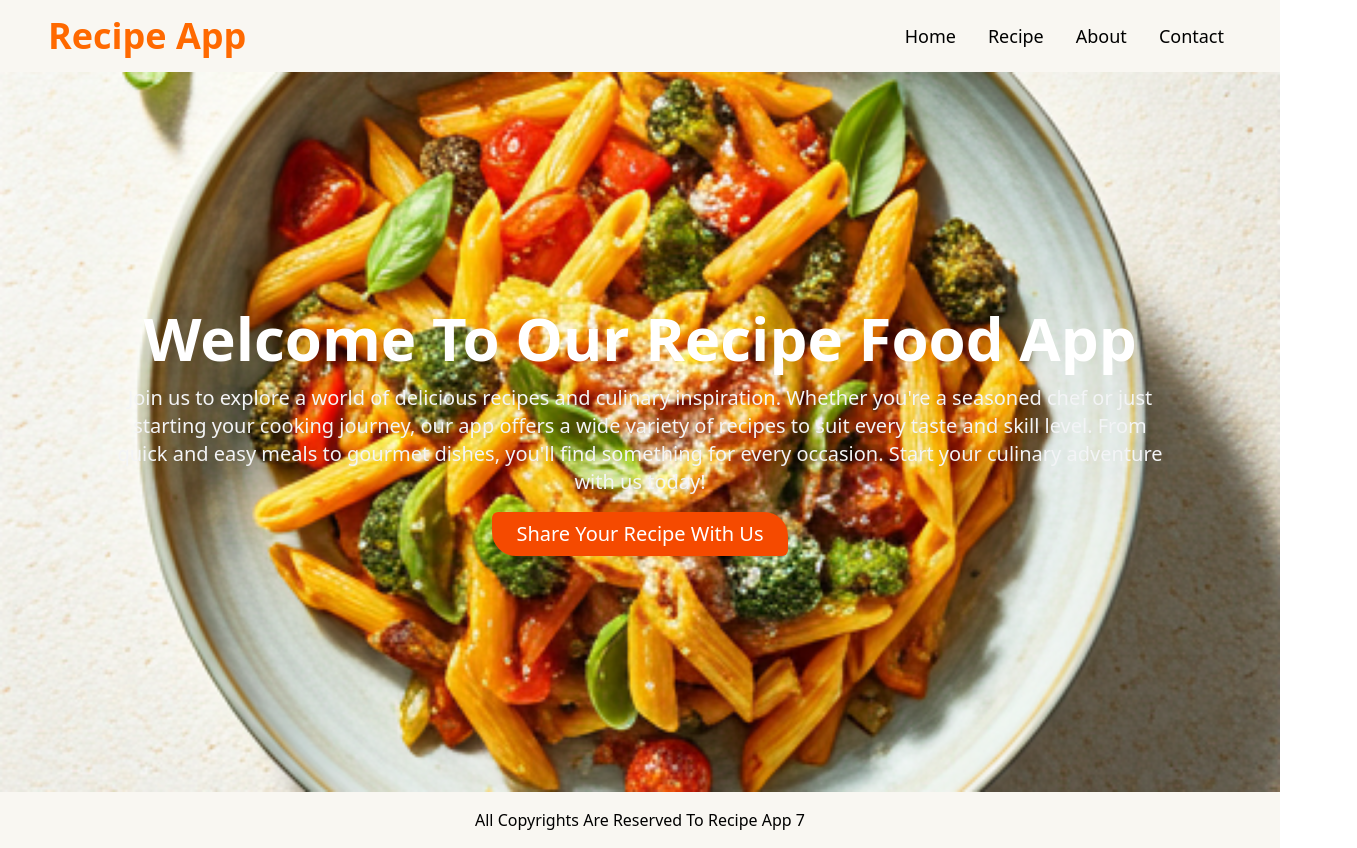
Repository: Eslam0Mohamed/mern-recipe-app
Page: / (app in FrontEnd/)
These files come from the project's save history. The page is drawn as it stood at one moment and after a run of saves; the edit follows.
The browser window is 1280 px wide. The page is 1280 px wide, then 1357 px, then 1280 px, so the pictures cover 1357 px, including what lies to the right of the window. The pictures show the whole page.
The project was rebuilt for these pictures with package versions that can differ from the ones it lists, and the page was loaded fresh each time. Also part of the build but not shown: FrontEnd/vite.config.js.

Above is the page before, as saved 2026-05-07 18:55:19.

After the next 2 saves:
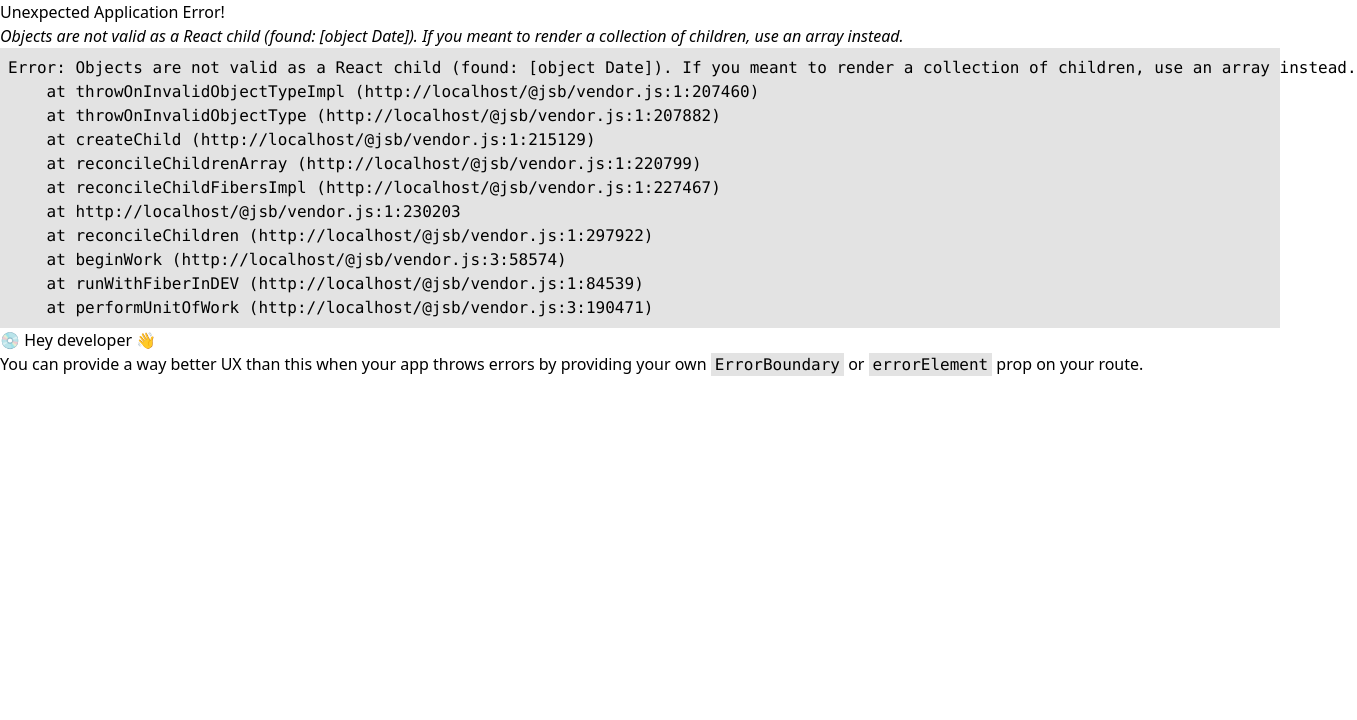
The 2 saves are shown as one change because they came seconds apart.
The last was saved 15 s later.
--- a/FrontEnd/src/components/Footer.jsx
+++ b/FrontEnd/src/components/Footer.jsx
@@ -3,7 +3,7 @@
 const Footer = () => {
   return (
     <footer className='bg-[#F9F7F2] px-12 py-4 flex justify-center items-center'>
-      <div className=''>All Copyrights Are Reserved To Recipe App {new Date().getDate()}</div>
+      <div className=''>All Copyrights Are Reserved To Recipe App {new Date()}</div>
     </footer>
   )
 }

After the 4 saves that followed:
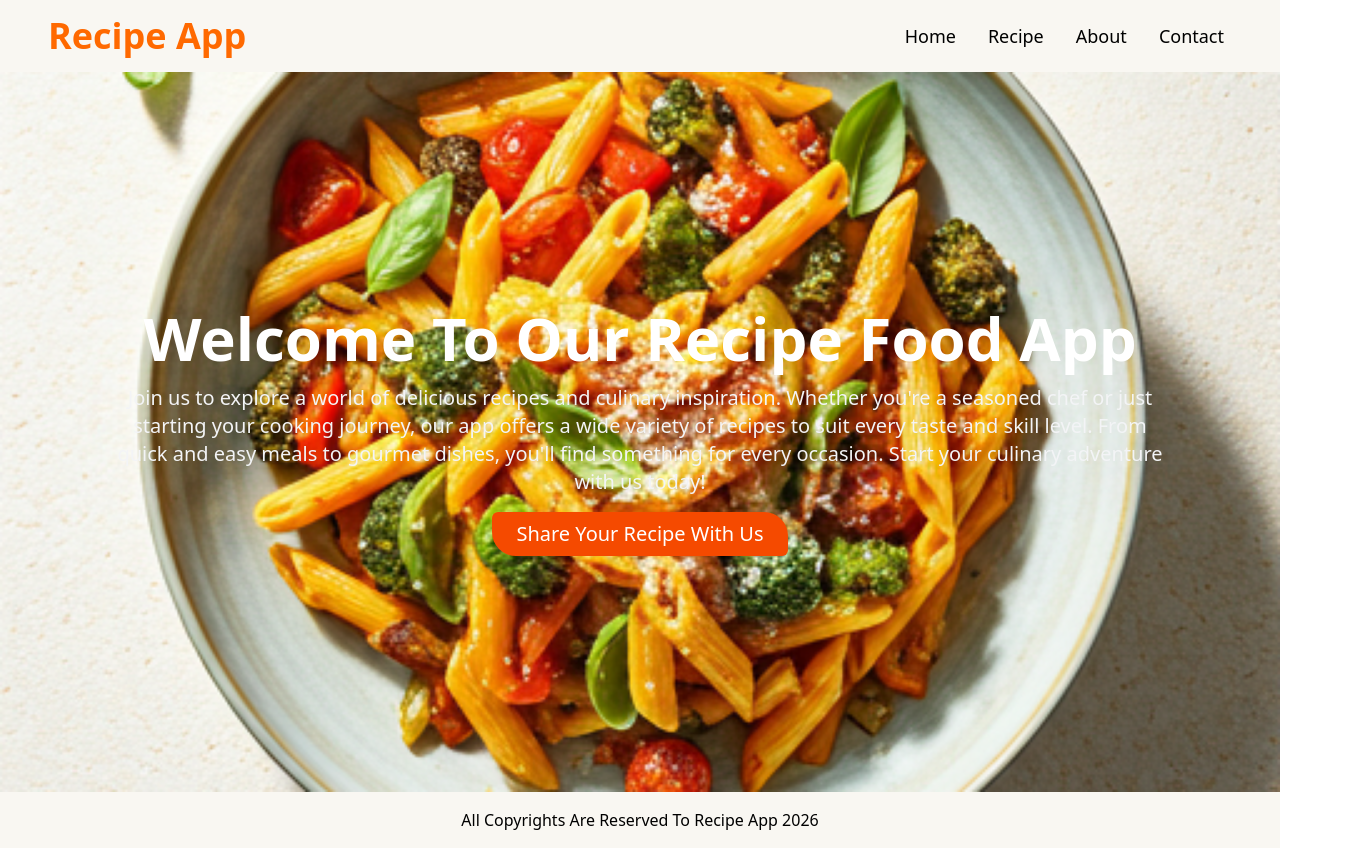
The 4 saves are shown as one change because they came seconds apart.
The last was saved 14 s later.
--- a/FrontEnd/src/components/Footer.jsx
+++ b/FrontEnd/src/components/Footer.jsx
@@ -3,7 +3,7 @@
 const Footer = () => {
   return (
     <footer className='bg-[#F9F7F2] px-12 py-4 flex justify-center items-center'>
-      <div className=''>All Copyrights Are Reserved To Recipe App {new Date()}</div>
+      <div className=''>All Copyrights Are Reserved To Recipe App {new Date().getFullYear()}</div>
     </footer>
   )
 }
